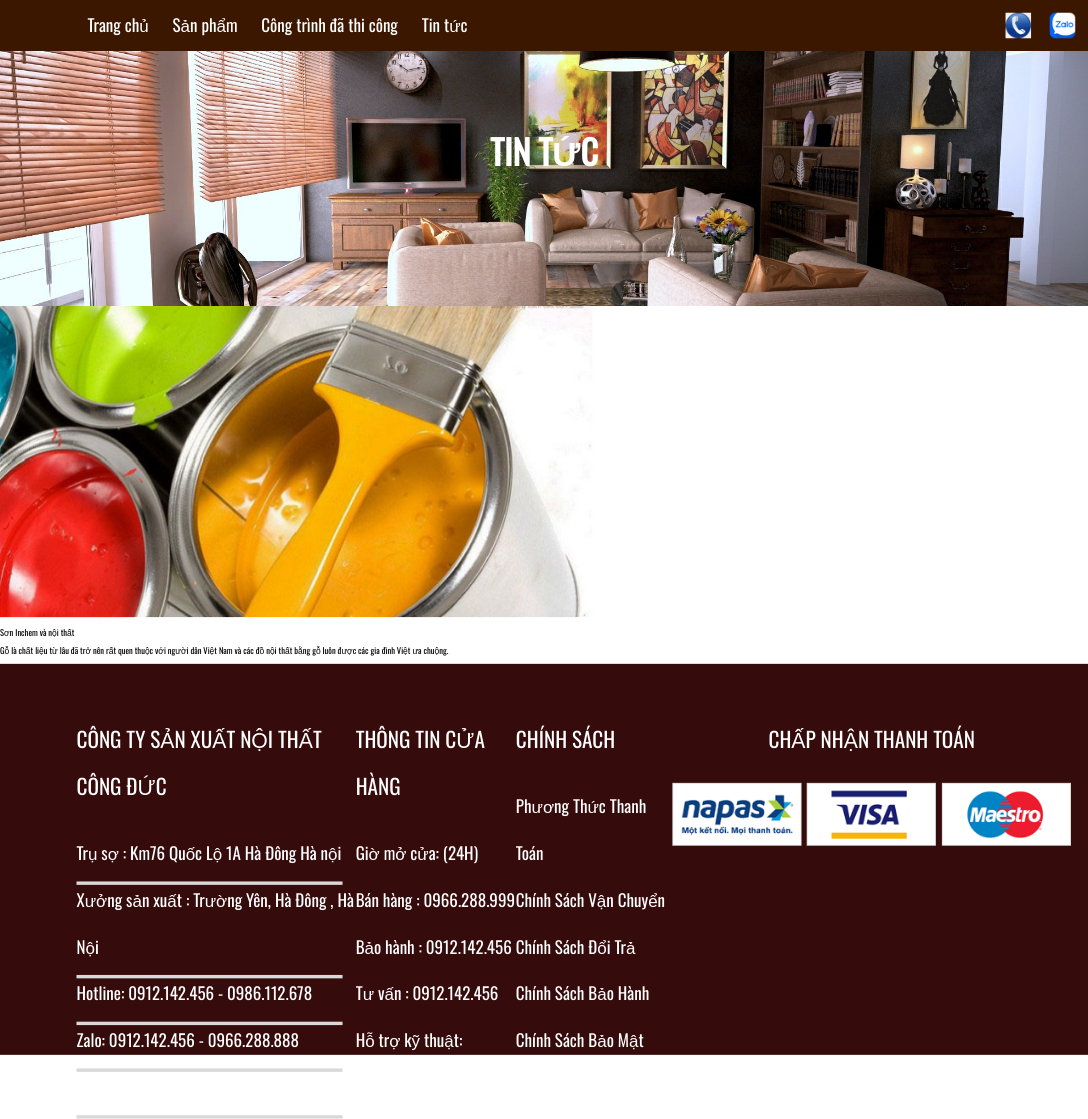
Repository: KHANHD192/FigmaTo-HTML
Page: APP-SHOP/tintuc.html
The author's editor kept a copy of each file at every save. The page is drawn from the files as they stood at one save, then again after the next save.
The browser window is 1280 px wide. The pictures show the whole page, at 85% of full size.

Above is the page before, as saved 2022-11-22 01:31:33.

### APP-SHOP/tintuc.html
<!DOCTYPE html>
<html lang="en">
<head>
    <meta charset="UTF-8">
    <meta http-equiv="X-UA-Compatible" content="IE=edge">
    <meta name="viewport" content="width=device-width, initial-scale=1.0">
    <title>Tin tức</title>
    <link rel="stylesheet" href="https://cdnjs.cloudflare.com/ajax/libs/normalize/8.0.1/normalize.min.css" integrity="sha512-NhSC1YmyruXifcj/KFRWoC561YpHpc5Jtzgvbuzx5VozKpWvQ+4nXhPdFgmx8xqexRcpAglTj9sIBWINXa8x5w==" crossorigin="anonymous" referrerpolicy="no-referrer" />
    <link rel="stylesheet" href="./asset/Css_main/base.css">
    <link rel="stylesheet" href="./asset/Css_main/main.css">
    <link rel="preconnect" href="https://fonts.googleapis.com">
     <link rel="preconnect" href="https://fonts.gstatic.com" crossorigin>
   <style>
     html{
            font-family: 'Oswald', sans-serif;
        }
        .header__background{
       height: 300px;
       position:relative;
         }
         .header__background-heading{
            position:absolute;
            font-size: 40px;
            line-height: 74.1px;
            color: white;
            top:30%;
            left:50%;
            transform: translate(-50%,-50%);
         }

   </style>
    </head>
<body>
    <div class="app">
        <header class="app__header">
            <div class="header__nav-bar">
               <ul class="nav-bar__item">
                   <li>
                       <a href="./index.html" class="nav-bar__item-link">Trang chủ</a>
                   </li>
                   <li>
                       <a href="#" class="nav-bar__item-link">Sản phẩm</a>
                   </li>
                   <li>
                       <a href="./ctdtc.html" class="nav-bar__item-link">Công trình đã thi công</a>
                   </li>
                   <li>
                       <a href="./tintuc.html" class="nav-bar__item-link">Tin tức</a>
                   </li>
               </ul>
               <ul class="nav-bar__icon">
                   <li>
                       <img src="./asset/IMG/image 3.png" alt="" class="logo">
                   </li>
                   <li>
                       <img src="./asset/IMG/image 2.png" alt="" class="logo">
                   </li>
               </ul>
            </div>
            <div class="header__background">
                <h1 class="header__background-heading">TIN TỨC</h1>
                <img src="./asset/IMG/pexels-pixabay-276724.jpg" alt="background">
            </div>
         </header>
         <div class="app__container2">
           <div class="container__wrap">
            <div class="container__content">
                <div class="content__image">
                    <a href="./item1.html">
                        <img src="./asset/IMG/image 9.png" alt="avatar">
                    </a>
                </div>
                <div class="content__text">
                    <p class="content__text-title">
                        Sơn Inchem và nội thất
                    </p>
                    <p class="content__text-derc">
                        Gỗ là chất liệu từ lâu đã trở nên rất quen thuộc với người dân Việt Nam và các đồ nội thất bằng gỗ luôn được các gia đình Việt ưa chuộng.
                    </p>
                </div>
            </div>
           </div>
         </div>
         <footer class="app__footer">
            <div class="footer__addres">
                <p class="addres__title">CÔNG TY SẢN XUẤT NỘI THẤT CÔNG ĐỨC</p>
                <ul>
                    <li class="address__item" >Trụ sợ : Km76 Quốc Lộ 1A Hà Đông Hà nội</li>
                    <li class="address__item">Xưởng sản xuất : Trường Yên, Hà Đông , Hà Nội</li>
                    <li class="address__item">Hotline: 0912.142.456 - 0986.112.678 </li>
                    <li class="address__item">Zalo: 0912.142.456 - 0966.288.888</li>
                    <li class="address__item">
                        <a href="noithatcongduc.com.vn">Website: noithatcongduc.com.vn</a>
                    </li>
                </ul>
            </div>
            <div class="footer__info">
                <p class="addres__title">THÔNG TIN CỬA HÀNG </p>
                <ul>
                    <li> Giờ mở cửa: (24H)</li>
                    <li>Bán hàng : 0966.288.999</li>
                    <li> Bảo hành : 0912.142.456 </li>
                    <li>Tư vấn : 0912.142.456</li>
                    <li class="info__item">
                        <a href="tel:098.611.2158">Hỗ trợ kỹ thuật: 098.611.2158</a>
                    </li>
                </ul>
            </div>
            <div class="footer__term">
                <p class="addres__title">CHÍNH SÁCH</p>
                <ul>
                    <li>Phương Thức Thanh Toán</li>
                    <li>Chính Sách Vận Chuyển</li>
                    <li>Chính Sách Đổi Trả </li>
                    <li>Chính Sách Bảo Hành</li>
                    <li>
                        Chính Sách Bảo Mật Thông Tin
                    </li>
                </ul>
            </div>
            <div class="footer__payal">
                <p class="addres__title">CHẤP NHẬN THANH TOÁN</p>
                <ul class="payal__item">
                    <li>
                           <img src="./asset/IMG/image 8.png" alt="Phương thức thanh toán">
                    </li>
                </ul>
            </div>
        </footer>
    </div>
</body>
</html>

### APP-SHOP/asset/Css_main/base.css
@import url('https://fonts.googleapis.com/css2?family=Oswald&family=Roboto:wght@100&display=swap');
/* header */
html{
    font-size: 62.5%;
    box-sizing: border-box;
    font-family: 'Oswald', sans-serif;
}
.app{
    max-width: 1800px;
}
.app__header{

}
.header__nav-bar{
      display: flex;
      justify-content: space-between;
      height: 60px;
      background-color: #3C1700;;
}
.nav-bar__item {
    width: 603px;
    height: 30px;
    list-style: none;
    display: flex;
    font-family: 'Oswald', sans-serif;
    font-size: 20px;
    line-height: 29.64px;
    margin-top: 15px;
    margin-bottom: 15px ;
    margin-left: 63px;
}
.nav-bar__item-link{
    text-decoration: none;
    color: #FFFFFF;
    margin-right: 28px;
}
.header__nav-bar:not(:last-child){
    margin-right: 0;
}
.nav-bar__icon{
    list-style: none;
    display: flex;
    margin-top: 15px;
    margin-bottom: 15px ;
    margin-right: 15px;
}
.logo{
    width: 30px;
    height: 30px;
}
.logo:last-child{
    margin-left: 22px;
}
.header__background{
    width:100%;
    height: 420px;
}
.header__background img{
    width: 100%;
    height: 100%;
    object-fit: cover;
}
/* footer */
footer{
    max-width: 1800px;
    height:460px;
    background-color: #350B0C;
    color: #FFFFFF;
}
footer ul{
    list-style: none;
    padding: 0;
    font-size: 20px;
}
.app__footer{
    display:flex;
    justify-content: space-between;
}
.addres__title{
    font-size: 25px;
}
.footer__addres , .footer__info ,.footer__term ,.footer__payal{
    margin-top:35px;
}
.footer__addres{
    max-width: 508px;
    height:375px;
    margin-left:90px;
   line-height: 55px;
}
.address__item{
    position: relative;
}
.address__item::after{
    content: "";
    position: absolute;
    width: 313px;
    height: 4px;
    background-color: #D9D9D9;
    left:0;
    bottom: -10px;
}
.address__item a ,.info__item a {
    text-decoration: none;
    color:#FFFFFF;
}
 .footer__info{
    max-width: 412px;
    height: 356px;
    line-height: 55px;
 }
 .footer__term{
    max-width: 260px;
    height: 356px;
    line-height: 55px;
 }
 .footer__payal{
    line-height: 55px;
    margin-right: 20px;
 }
.footer__payal p {
    text-align: center;
}

### APP-SHOP/asset/Css_main/main.css
.app__container{
 max-width: 1800px;
    height: 3835px;
}
.collect1 h2{
    width: 285px;
    height: 42px;
    font-family: 'Oswald', sans-serif;
    font-weight: 400;
    font-size: 30px;
    line-height: 44.46px;
    color: #000000;
    position: relative;
    margin-top: 61px;
    margin-bottom: 61px;
    margin-left: 72px;
}
.collect1 h2::after{
    content: "";
    position: absolute;
    width: 1365px;
    height: 4px;
    background-color: #D9D9D9;
    left:0;
    bottom: -10px;

}
.collect1 .list__item{
    list-style: none;
    display: flex;
    margin-left:77px;
    margin-right: 88px;
    padding-left: 0;
}
.list__item li {
   max-width: 350px;
    height: 450px;
    border:  1px solid #332F2F;
    margin-right: 74px;
}
.list__item li:last-child{
    margin-right: 0;
}
li .wrap__image{
   max-width: 350px;
    height: 350px;
}
.item__image-link{
    display: block;
    max-width:100%;
    height: 63px;
    font-size: 20px;
    font-weight: 400;
    line-height: 44.46px;
   text-align: center;
   padding-top: 1.5rem;
    color: #000000;
}
li .wrap__image img{
    width: 100%;
    height: 100%;
    object-fit: cover;
}

.project__tiltle p {
    text-align: center;
    margin-top:91px;
    font-size: 50px;
    line-height: 74.1px;
    margin-bottom: 50px;
}
.list__project{
    display:flex;
    list-style: none;
    margin-left:131px;
    margin-right:131px;
    padding-left: 0;
    justify-content: space-between;
}
.list__project-item{
    max-width: 700px;
    height: 560px;
    border:  1px solid #332F2F;
}
.enfold__image{
    max-width: 700px;
    height: 400px;
}
.enfold__image img {
    width: 100%;
    height: 100%;
}
.item__project-link{
    display: block;
    max-width:100%;
    height: 63px;
    font-size: 30px;
    font-weight: 400;
    line-height: 44.46px;
   text-align: center;
   padding-top: 5rem;
    color:#6C271E;
}
.list__project-item:first-child{
    margin-right: 148px;
}
.collect1 p {
    text-align: center;
    margin-top:91px;
    font-size: 50px;
    line-height: 74.1px;
    margin-bottom: 50px;
}
.detail2{
    margin-top: 80px;
}

After the next save:
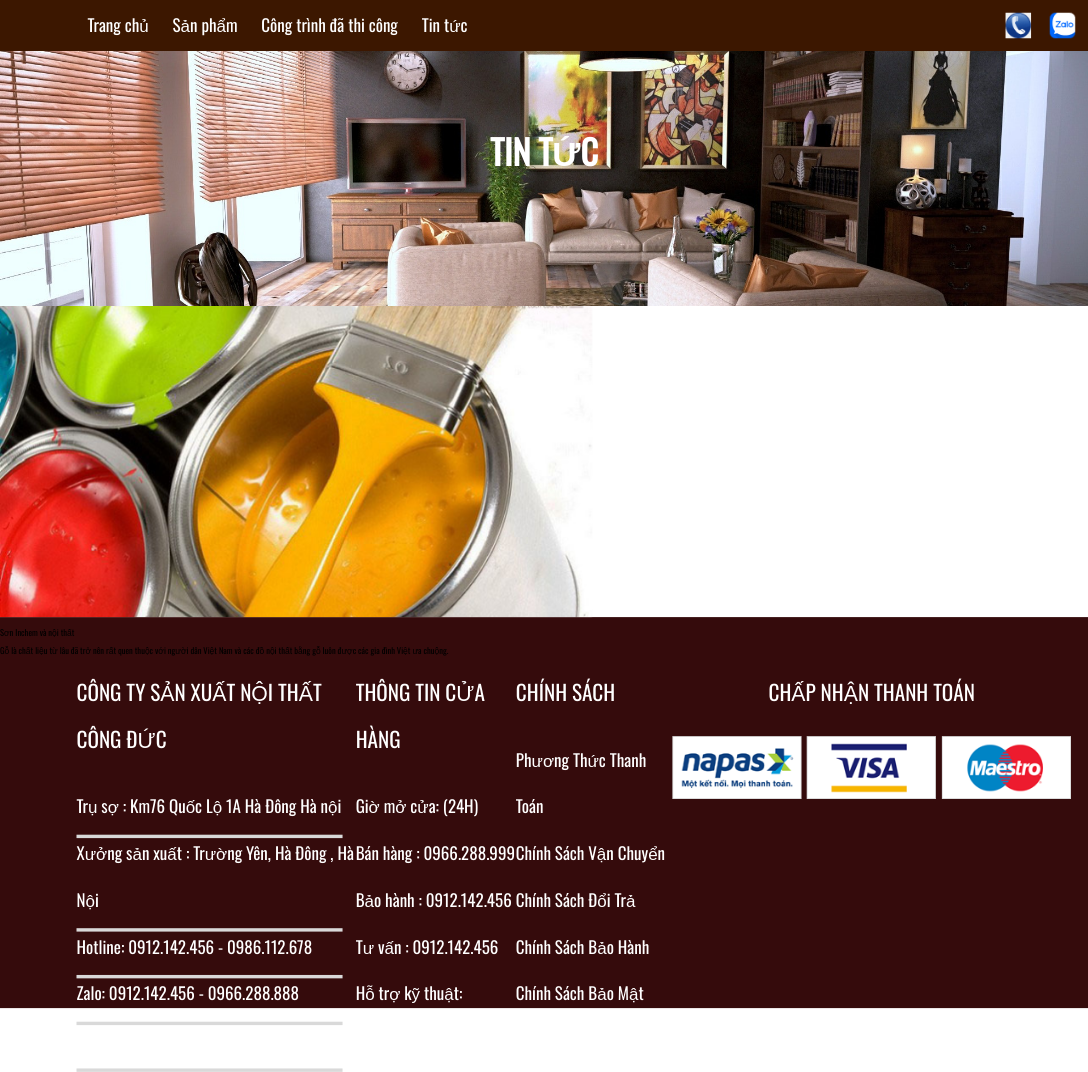
Saved 93 s later.
--- a/APP-SHOP/tintuc.html
+++ b/APP-SHOP/tintuc.html
@@ -26,6 +26,10 @@
             top:30%;
             left:50%;
             transform: translate(-50%,-50%);
+         }
+         .container__content{
+            max-width: 1395px;
+            height: 366px;
          }
 
    </style>
